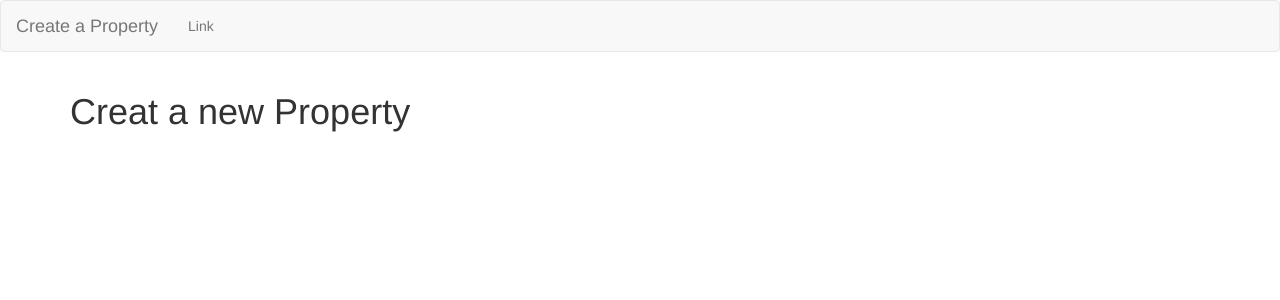
Repository: djoysilva/vivaRealChallenge
Page: http://localhost/vivaReal2.0/createProperty.jsp
These files come from the project's save history. The page is drawn as it stood at one moment and after the next save; the edit follows.
The browser window is 1280 px wide. The pictures show the whole page.
The page is served by Tomcat 9. Other server files are loaded and not shown.

Above is the page before, as saved 2016-11-02 20:20:34.

### VivaRealWorkSpace/vivaReal2.0/WebContent/createProperty.jsp
<%@ page language="java" contentType="text/html; charset=ISO-8859-1"
    pageEncoding="ISO-8859-1"%>
<!DOCTYPE html PUBLIC "-//W3C//DTD HTML 4.01 Transitional//EN" "http://www.w3.org/TR/html4/loose.dtd">
<html>
<head>
<meta http-equiv="Content-Type" content="text/html; charset=ISO-8859-1">
<%@ include file = "include.jsp"%>
<title>Create a new property</title>
</head>
<body>
	<%@ include file = "menu.jsp" %>
	<div class = "container">
		<h1>Creat a new Property</h1>
		<form action="createProperty" method="post">
		</form>
	</div>
</body>
</html>

### VivaRealWorkSpace/vivaReal2.0/WebContent/include.jsp
<link rel = "stylesheet" type = "text/css" href="css/bootstrap.min.css">

### VivaRealWorkSpace/vivaReal2.0/WebContent/menu.jsp
<nav class="navbar navbar-default">
  <div class="container-fluid">
    <!-- Brand and toggle get grouped for better mobile display -->
    <div class="navbar-header">
      <button type="button" class="navbar-toggle collapsed" data-toggle="collapse" data-target="#bs-example-navbar-collapse-1" aria-expanded="false">
        <span class="sr-only">Toggle navigation</span>
        <span class="icon-bar"></span>
        <span class="icon-bar"></span>
        <span class="icon-bar"></span>
      </button>
      <a class="navbar-brand" href="createProperty.jsp">Create a Property</a>
    </div>

    <!-- Collect the nav links, forms, and other content for toggling -->
    <div class="collapse navbar-collapse" id="bs-example-navbar-collapse-1">
      <ul class="nav navbar-nav">
        <li><a href="#">Link</a></li>
      </ul>
    </div><!-- /.navbar-collapse -->
  </div><!-- /.container-fluid -->
</nav>

Loaded but not shown: VivaRealWorkSpace/vivaReal2.0/WebContent/css/bootstrap.min.css (library)

After the next save:
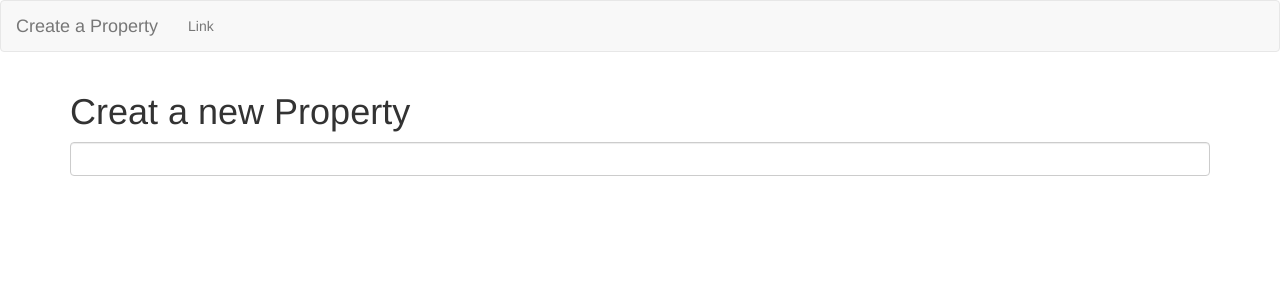
Saved 29 s later.
--- a/VivaRealWorkSpace/vivaReal2.0/WebContent/createProperty.jsp
+++ b/VivaRealWorkSpace/vivaReal2.0/WebContent/createProperty.jsp
@@ -11,8 +11,11 @@
 	<%@ include file = "menu.jsp" %>
 	<div class = "container">
 		<h1>Creat a new Property</h1>
-		<form action="createProperty" method="post">
-		</form>
+		<div class = "form-control">
+			<form action="createProperty" method="post">
+
+			</form>
+		</div>
 	</div>
 </body>
 </html>
